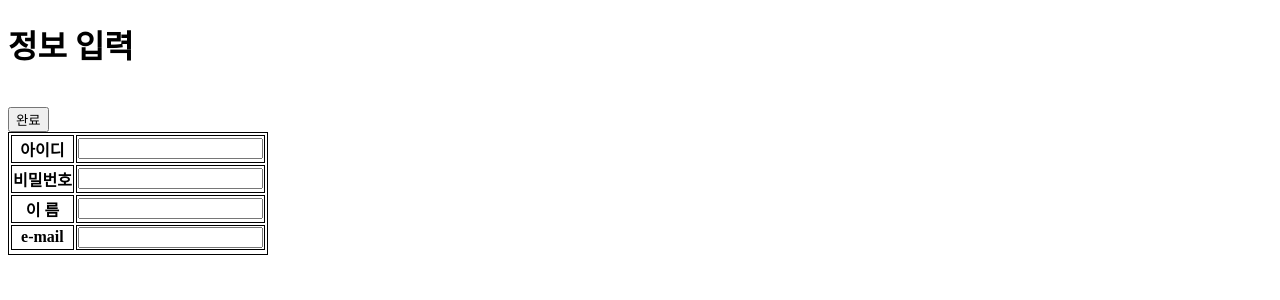
Repository: Jh1227/JSP
Page: http://localhost/12_EL/ex02_param/memberForm.jsp
An editor plug-in stored every save of this project. The page is shown before and after the next save, followed by the edit.
The browser window is 1280 px wide. The pictures show the whole page.
The page is served by Tomcat 9.

Above is the page before, as saved 2023-04-10 01:05:17.

After the next save:
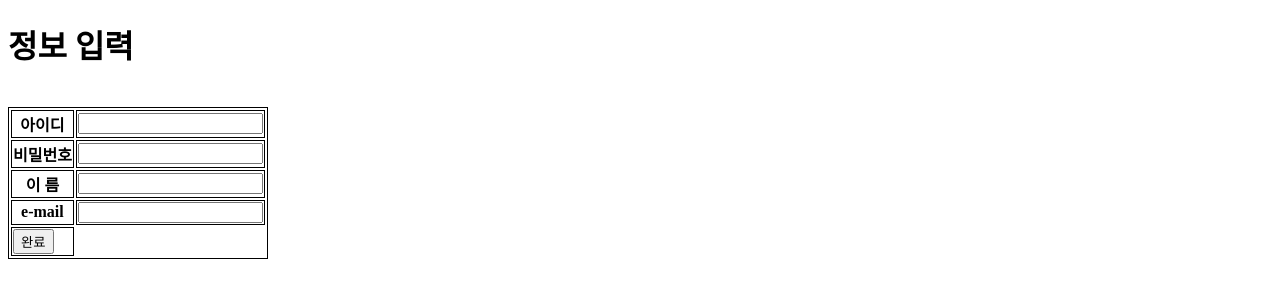
Saved 11 s later.
--- a/12_EL/src/main/webapp/ex02_param/memberForm.jsp
+++ b/12_EL/src/main/webapp/ex02_param/memberForm.jsp
@@ -37,7 +37,7 @@ table, th, td { border: 1px solid black; }
 				<td><input type ="text" name ="e-mail"></td>
 			</tr>
 			<tr>
-				<input type ="submit" value ="완료">
+				<td><input type ="submit" value ="완료"></td>
 			</tr>
 		</table>
 	</form>
